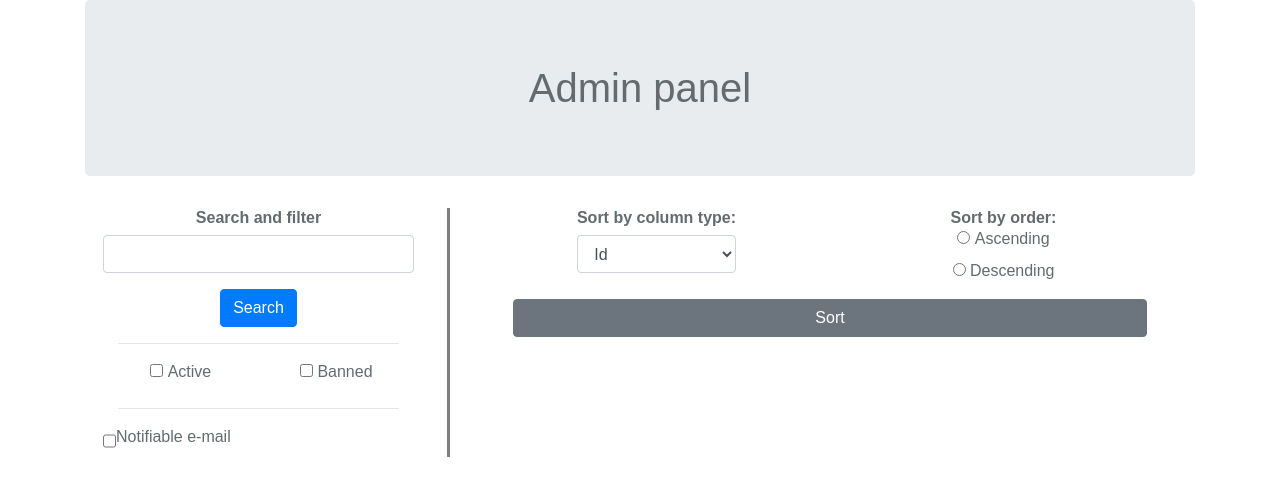
Repository: WOLVGVNG/gameclan
Page: resources/views/admin_panel.blade.php
An editor plug-in stored every save of this project. The page is shown before and after the next save, followed by the edit.
The browser window is 1280 px wide. The pictures show the whole page.
The page is served by the project's Laravel application, run on PHP 8.4 with Laravel 8. The template is opened directly, without the code that normally fills it, so the values that code supplies are empty.

Above is the page before, as saved 2019-03-20 19:23:39.

After the next save:
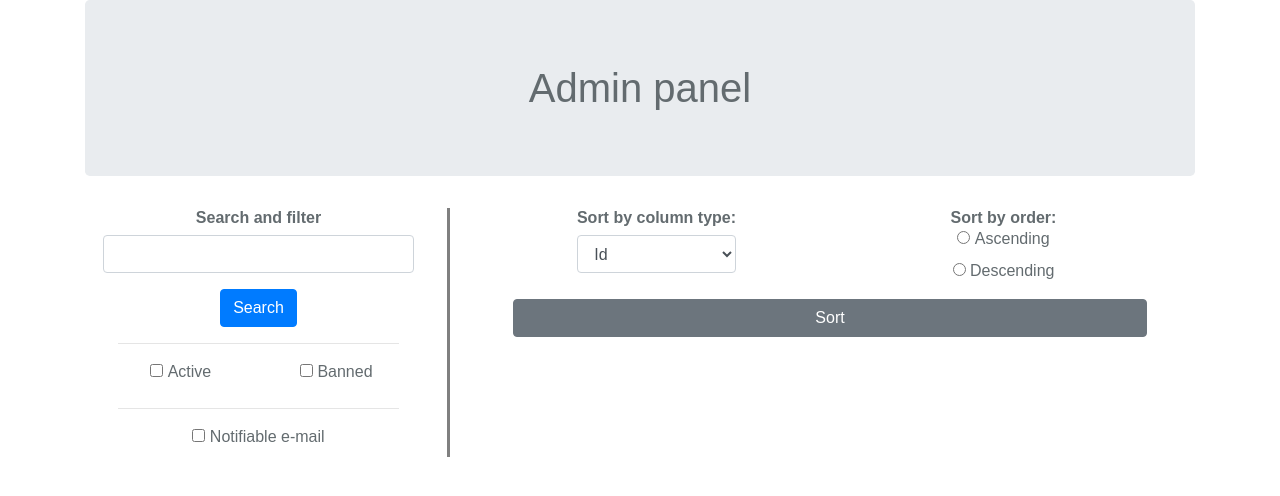
Saved 15 s later.
--- a/resources/views/admin_panel.blade.php
+++ b/resources/views/admin_panel.blade.php
@@ -28,8 +28,10 @@
                 </div>
                 <hr>
                 <div class='row'>
+                    <div class='col'>
                         <input type='checkbox' name='filter_notifiable_email' id='notifiable_email' value=true @if(session('filter_notifiable_email')==true) echo checked @endif>
                         <label for='notifiable_email'>Notifiable e-mail</label>
+                    </div>
                 </div>
             </div>
 
